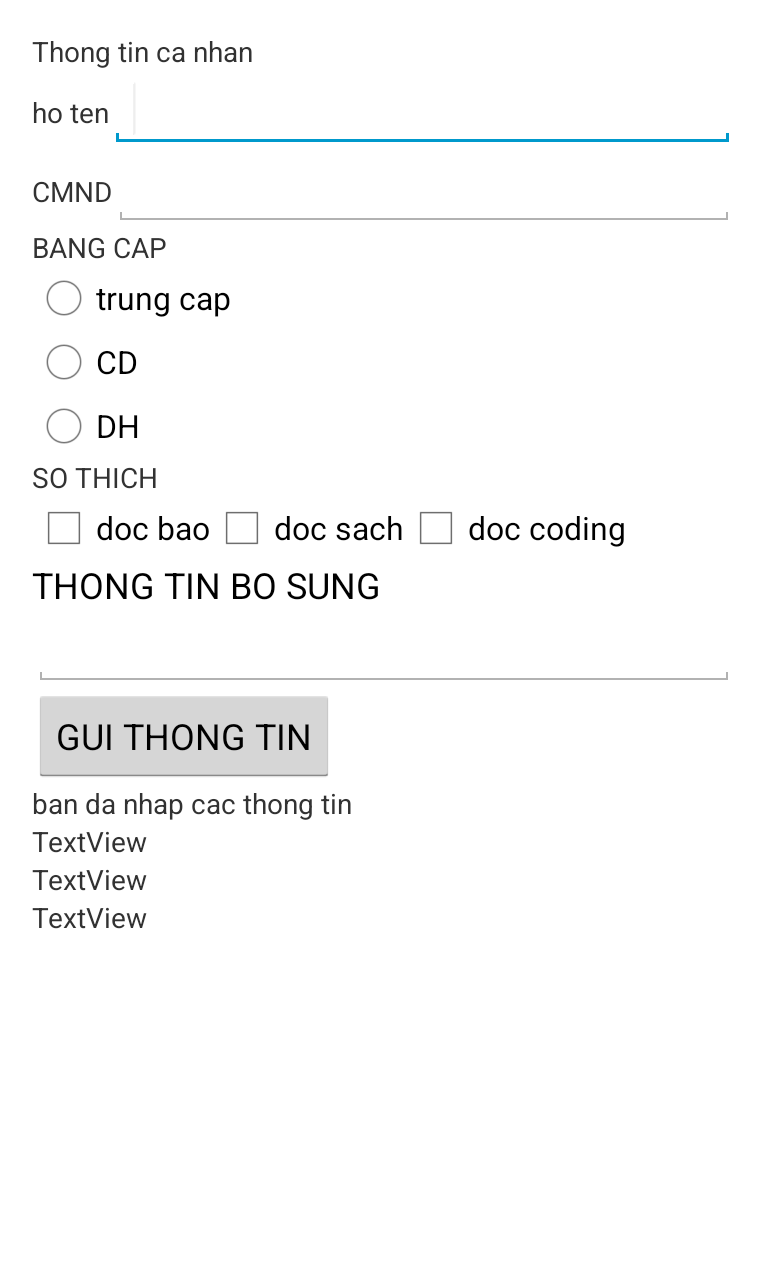
Repository: DoTrungKien96/Android
Layout: Baitap Android/bai11_hoso/res/layout/activity_main.xml
An editor plug-in stored every save of this project. The layout is shown before and after the next save, followed by the edit.
It is drawn on a 768 x 1280 px phone screen (xhdpi) without system bars, with theme AppTheme; the app's code is not run.

Above is the layout before, as saved 2017-05-07 04:24:22.

### Baitap Android/bai11_hoso/res/layout/activity_main.xml
<LinearLayout xmlns:android="http://schemas.android.com/apk/res/android"
    xmlns:tools="http://schemas.android.com/tools"
    android:layout_width="match_parent"
    android:layout_height="match_parent"
    android:paddingBottom="@dimen/activity_vertical_margin"
    android:paddingLeft="@dimen/activity_horizontal_margin"
    android:paddingRight="@dimen/activity_horizontal_margin"
    android:paddingTop="@dimen/activity_vertical_margin"
    android:orientation="vertical"
    tools:context=".MainActivity" >

    <TextView
        android:id="@+id/textView1"
        android:layout_width="wrap_content"
        android:layout_height="wrap_content"
        android:text="Thong tin ca nhan" />

    <LinearLayout
        android:layout_width="match_parent"
        android:layout_height="wrap_content" >

        <TextView
            android:id="@+id/textView2"
            android:layout_width="wrap_content"
            android:layout_height="wrap_content"
            android:text="ho ten" />

        <EditText
            android:id="@+id/edthoten"
            android:layout_width="wrap_content"
            android:layout_height="wrap_content"
            android:layout_weight="1"
            android:ems="10" >

            <requestFocus />
        </EditText>

    </LinearLayout>

    <LinearLayout
        android:layout_width="match_parent"
        android:layout_height="wrap_content" >

        <TextView
            android:id="@+id/textView3"
            android:layout_width="wrap_content"
            android:layout_height="wrap_content"
            android:text="CMND" />

        <EditText
            android:id="@+id/edtcmnd"
            android:layout_width="wrap_content"
            android:layout_height="wrap_content"
            android:layout_weight="1"
            android:ems="10" />

    </LinearLayout>

    <TextView
        android:id="@+id/textView4"
        android:layout_width="wrap_content"
        android:layout_height="wrap_content"
        android:text="BANG CAP" />

    <LinearLayout
        android:layout_width="match_parent"
        android:layout_height="wrap_content" >

        <RadioGroup android:layout_width="match_parent"
            android:layout_height="match_parent">

        <RadioButton
            android:id="@+id/rdtrungcap"
            android:layout_width="wrap_content"
            android:layout_height="wrap_content"
            android:text="trung cap" />

        <RadioButton
            android:id="@+id/rdcd"
            android:layout_width="wrap_content"
            android:layout_height="wrap_content"
            android:text="CD" />

        <RadioButton
            android:id="@+id/rddh"
            android:layout_width="wrap_content"
            android:layout_height="wrap_content"
            android:text="DH" />
</RadioGroup>
    </LinearLayout>

    <TextView
        android:id="@+id/textView5"
        android:layout_width="wrap_content"
        android:layout_height="wrap_content"
        android:text="SO THICH" />

    <LinearLayout
        android:layout_width="match_parent"
        android:layout_height="wrap_content" >

        <CheckBox
            android:id="@+id/ckdocbao"
            android:layout_width="wrap_content"
            android:layout_height="wrap_content"
            android:text="doc bao" />

        <CheckBox
            android:id="@+id/ckdocsach"
            android:layout_width="wrap_content"
            android:layout_height="wrap_content"
            android:text="doc sach" />

        <CheckBox
            android:id="@+id/ckdoccode"
            android:layout_width="wrap_content"
            android:layout_height="wrap_content"
            android:text="doc coding" />

    </LinearLayout>

    <TextView
        android:id="@+id/textView6"
        android:layout_width="wrap_content"
        android:layout_height="wrap_content"
        android:text="THONG TIN BO SUNG"
        android:textAppearance="?android:attr/textAppearanceMedium" />

    <EditText
        android:id="@+id/edtbosung"
        android:layout_width="match_parent"
        android:layout_height="wrap_content"
        android:ems="10" />

    <Button
        android:id="@+id/btngui"
        android:layout_width="wrap_content"
        android:layout_height="wrap_content"
        android:text="GUI THONG TIN" />

    <TextView
        android:id="@+id/txthoten"
        android:layout_width="wrap_content"
        android:layout_height="wrap_content"
        android:text="ban da nhap cac thong tin" />

    <TextView
        android:id="@+id/txtBangCap"
        android:layout_width="wrap_content"
        android:layout_height="wrap_content"
        android:text="TextView" />

    <TextView
        android:id="@+id/txtSoThich"
        android:layout_width="wrap_content"
        android:layout_height="wrap_content"
        android:text="TextView" />

    <TextView
        android:id="@+id/s"
        android:layout_width="wrap_content"
        android:layout_height="wrap_content"
        android:text="TextView" />

</LinearLayout>

Loaded but not shown: Baitap Android/bai11_hoso/res/values/styles.xml (common file); Baitap Android/bai11_hoso/res/values-v11/styles.xml (common file); Baitap Android/bai11_hoso/res/values-v14/styles.xml (common file); Baitap Android/bai11_hoso/res/values/dimens.xml (common file)

After the next save:
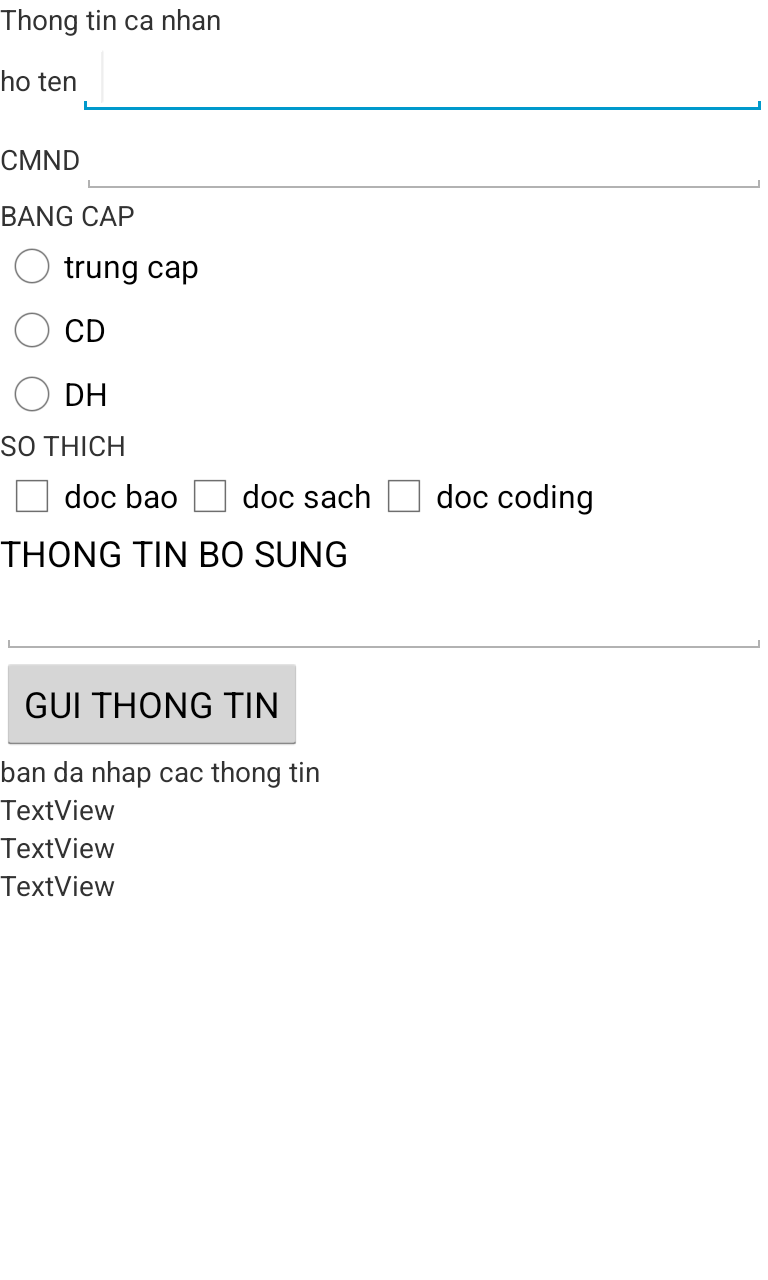
Saved 92 s later.
--- a/Baitap Android/bai11_hoso/res/layout/activity_main.xml
+++ b/Baitap Android/bai11_hoso/res/layout/activity_main.xml
@@ -1,13 +1,14 @@
-<LinearLayout xmlns:android="http://schemas.android.com/apk/res/android"
-    xmlns:tools="http://schemas.android.com/tools"
+<ScrollView
     android:layout_width="match_parent"
     android:layout_height="match_parent"
-    android:paddingBottom="@dimen/activity_vertical_margin"
-    android:paddingLeft="@dimen/activity_horizontal_margin"
-    android:paddingRight="@dimen/activity_horizontal_margin"
-    android:paddingTop="@dimen/activity_vertical_margin"
-    android:orientation="vertical"
-    tools:context=".MainActivity" >
+    xmlns:android="http://schemas.android.com/apk/res/android"
+    xmlns:tools="http://schemas.android.com/tools"
+    tools:context=".MainActivity"
+    >
+    <LinearLayout
+    android:layout_width="match_parent"
+    android:layout_height="match_parent"
+    android:orientation="vertical">
 
     <TextView
         android:id="@+id/textView1"
@@ -163,3 +164,5 @@
         android:text="TextView" />
 
 </LinearLayout>
+
+</ScrollView>
